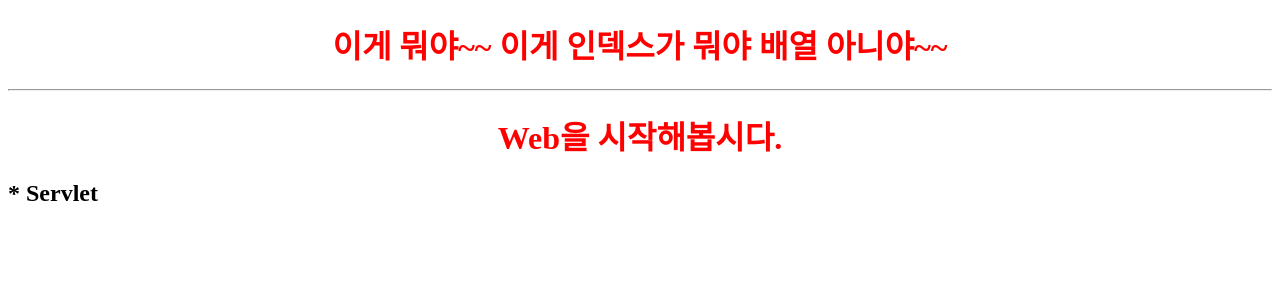
Repository: Rostreaca/0922_Web
Page: MyFirstWebProject/src/main/webapp/WEB-INF/index.html
These files come from the project's save history. The page is drawn as it stood at one moment and after the next save; the edit follows.
The browser window is 1280 px wide. The pictures show the whole page.

Above is the page before, as saved 2025-09-22 07:11:59.

After the next save:
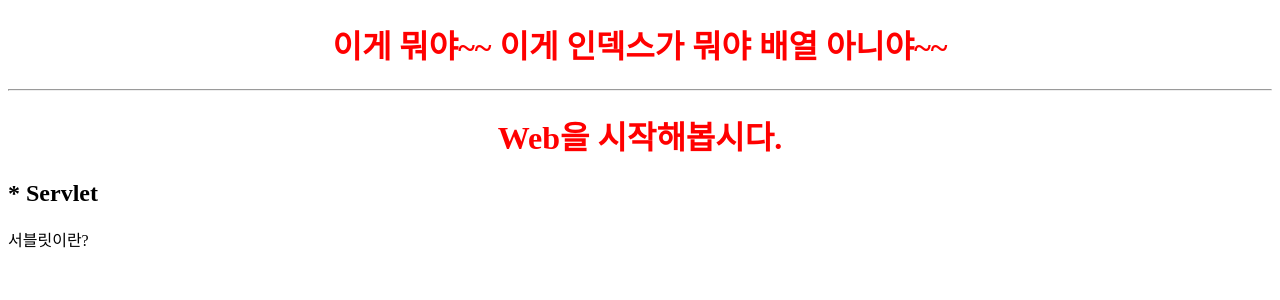
Saved 20 s later.
--- a/MyFirstWebProject/src/main/webapp/WEB-INF/index.html
+++ b/MyFirstWebProject/src/main/webapp/WEB-INF/index.html
@@ -88,8 +88,11 @@
 
 	<h2> * Servlet </h2>
 
+	<p>
+		서블릿이란? <br>
 
 
+	</p>
 
 </body>
 </html>
